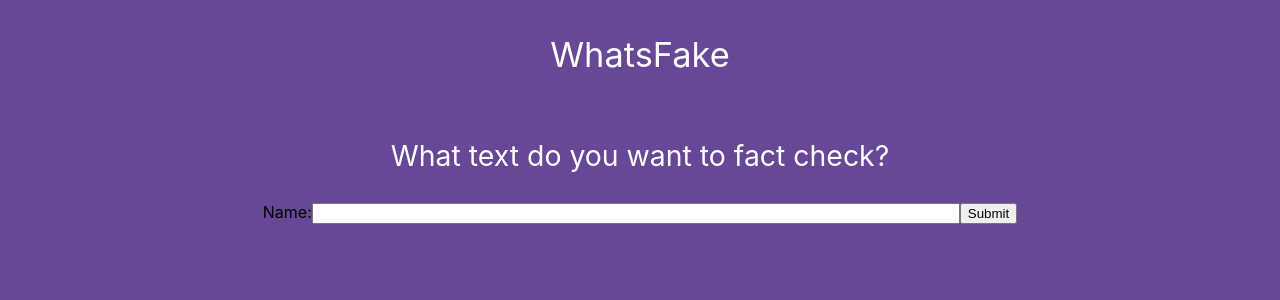
Repository: alkalox/FakeNews
Page: /
An editor plug-in stored every save of this project. The page is shown before and after the next save, followed by the edit.
The browser window is 1280 px wide. The pictures show the whole page.
The project was rebuilt for these pictures with package versions that can differ from the ones it lists, and the page was loaded fresh each time.

Above is the page before, as saved 2019-04-19 21:35:20.

### src/App.js
import React, { Component } from 'react';
import './App.css';

class App extends Component {
  constructor(props) {
    super(props);
    this.state = {value: ''};

    this.handleChange = this.handleChange.bind(this);
    this.handleSubmit = this.handleSubmit.bind(this);
  }

  handleChange(event) {
    this.setState({value: event.target.value});
  }

  handleSubmit(event) {
    alert('A name was submitted: ' + this.state.value);
    event.preventDefault();
  }

  render() {
    return (
      <div className="App">
        <div className = "Header">
          <header className="App-header">
            <p>
              WhatsFake
            </p>
          </header>
          <p className ="text">
            What text do you want to fact check?
          </p>
          <div className="Form">
            <form onSubmit={this.handleSubmit}>
              <label>
                Name:
                <input type="text" value={this.state.value} onChange={this.handleChange} className ="input" />
              </label>
              <input type="submit" value="Submit" />
            </form>
          </div>
        </div>
      </div>
    );
  }
}

export default App;

### src/App.css
.App {
  text-align: center;
}
.Header {
  text-align: center;
  background-color: #664897;
  min-height: 100vh;
}
.App-header {
  display: flex;
  flex-direction: column;
  align-items: center;
  justify-content: flex-start;
  font-size: calc(20px + 2vmin);
  color: white;
}

.input {
  width: 50%;
}

.text {
  display: flex;
  flex-direction: column;
  align-items: center;
  justify-content: center;
  font-size: calc(14px + 2vmin);
  color: white;
}

@keyframes App-logo-spin {
  from {
    transform: rotate(0deg);
  }
  to {
    transform: rotate(360deg);
  }
}

Loaded but not shown: public/index.html (common file); src/index.js (common file); src/index.css (common file); src/serviceWorker.js (common file)

After the next save:
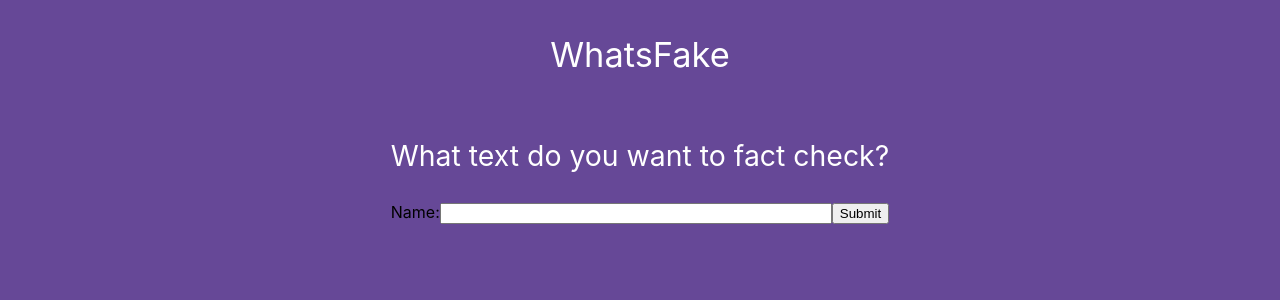
Saved 7 s later.
--- a/src/App.css
+++ b/src/App.css
@@ -16,7 +16,7 @@
 }
 
 .input {
-  width: 50%;
+  width: 30%;
 }
 
 .text {
